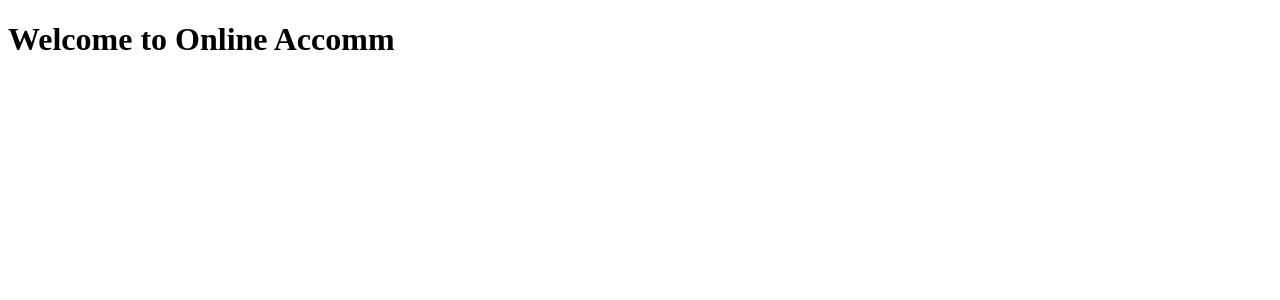
Repository: ITpatrick1/Accommodation-System
Page: http://localhost/test.php
The author's editor kept a copy of each file at every save. The page is drawn from the files as they stood at one save, then again after the next save.
The browser window is 1280 px wide. The pictures show the whole page.
The page is run by PHP 8.4 with error messages shown; the project is at /var/www/html/.

Above is the page before, as saved 2024-08-19 18:25:33.

### test.php
<!DOCTYPE html>
<html lang="en">
<head>
    <meta charset="UTF-8">
    <meta name="viewport" content="width=device-width, initial-scale=1.0">
    <title>Display Message</title>
</head>
<body>
    <h1>Welcome to Online Accomm</h1>

</body>
</html>

After the next save:
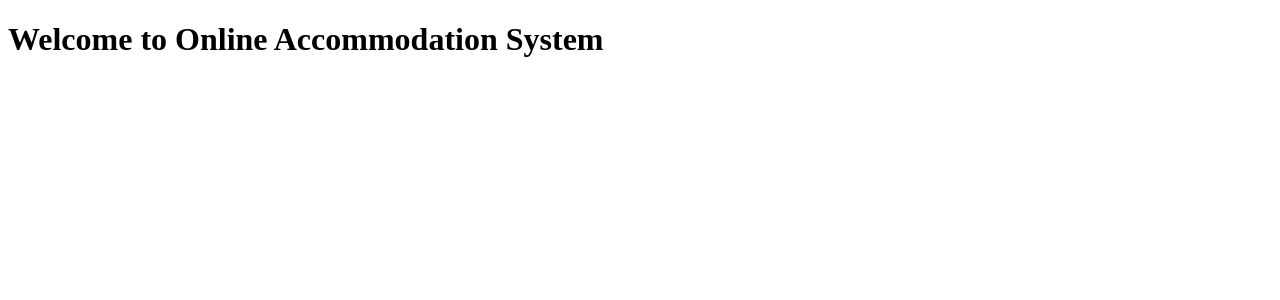
Saved 7 s later.
--- a/test.php
+++ b/test.php
@@ -6,7 +6,7 @@
     <title>Display Message</title>
 </head>
 <body>
-    <h1>Welcome to Online Accomm</h1>
+    <h1>Welcome to Online Accommodation System</h1>
 
 </body>
 </html>
